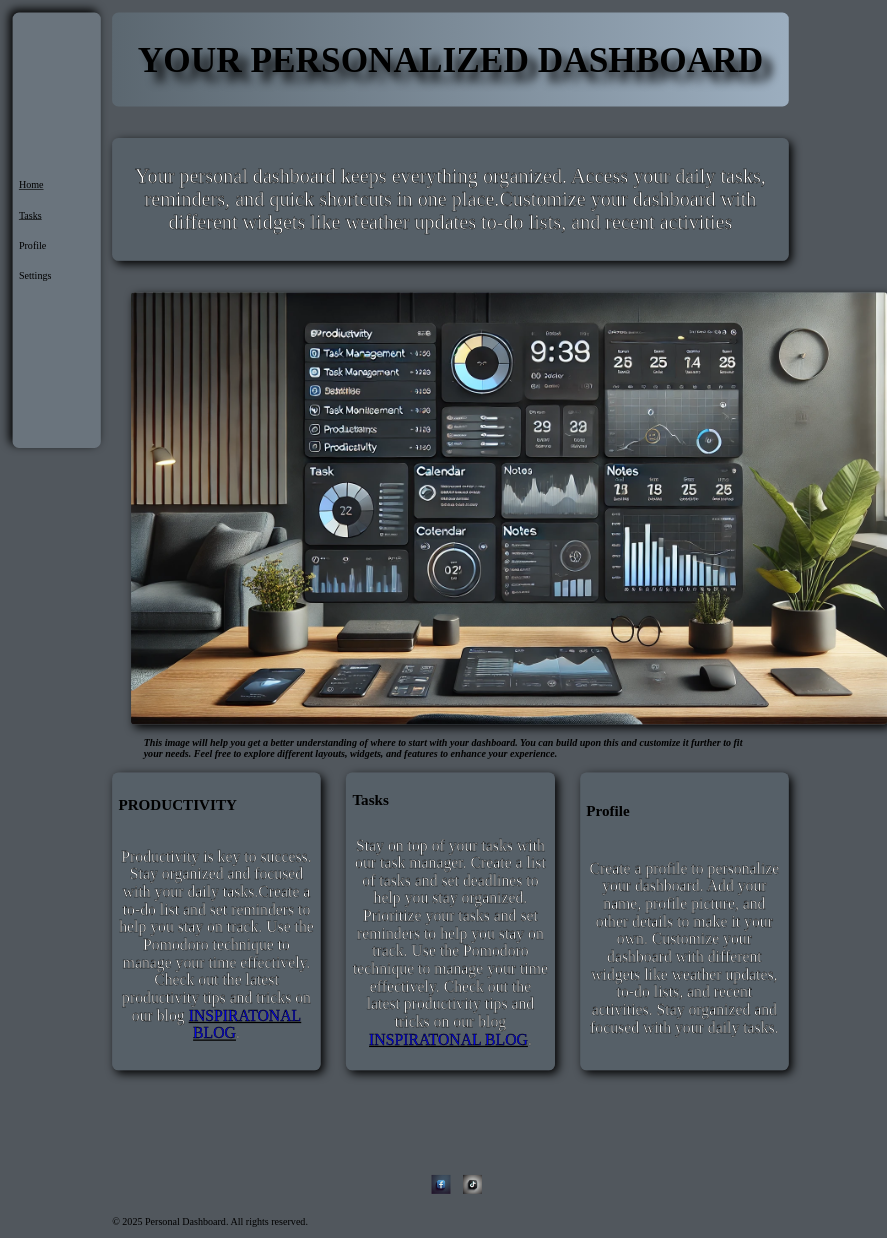
Repository: Parnicoza/testecomplete
Page: testcomplet-14.html
These files come from the project's save history. The page is drawn as it stood at one moment and after the next save; the edit follows.
The browser window is 1280 px wide. The page is 1408 px wide, so the pictures cover 1408 px, including what lies to the right of the window. The pictures show the whole page, at 63% of full size.

Above is the page before, as saved 2025-03-02 14:09:40.

After the next save:
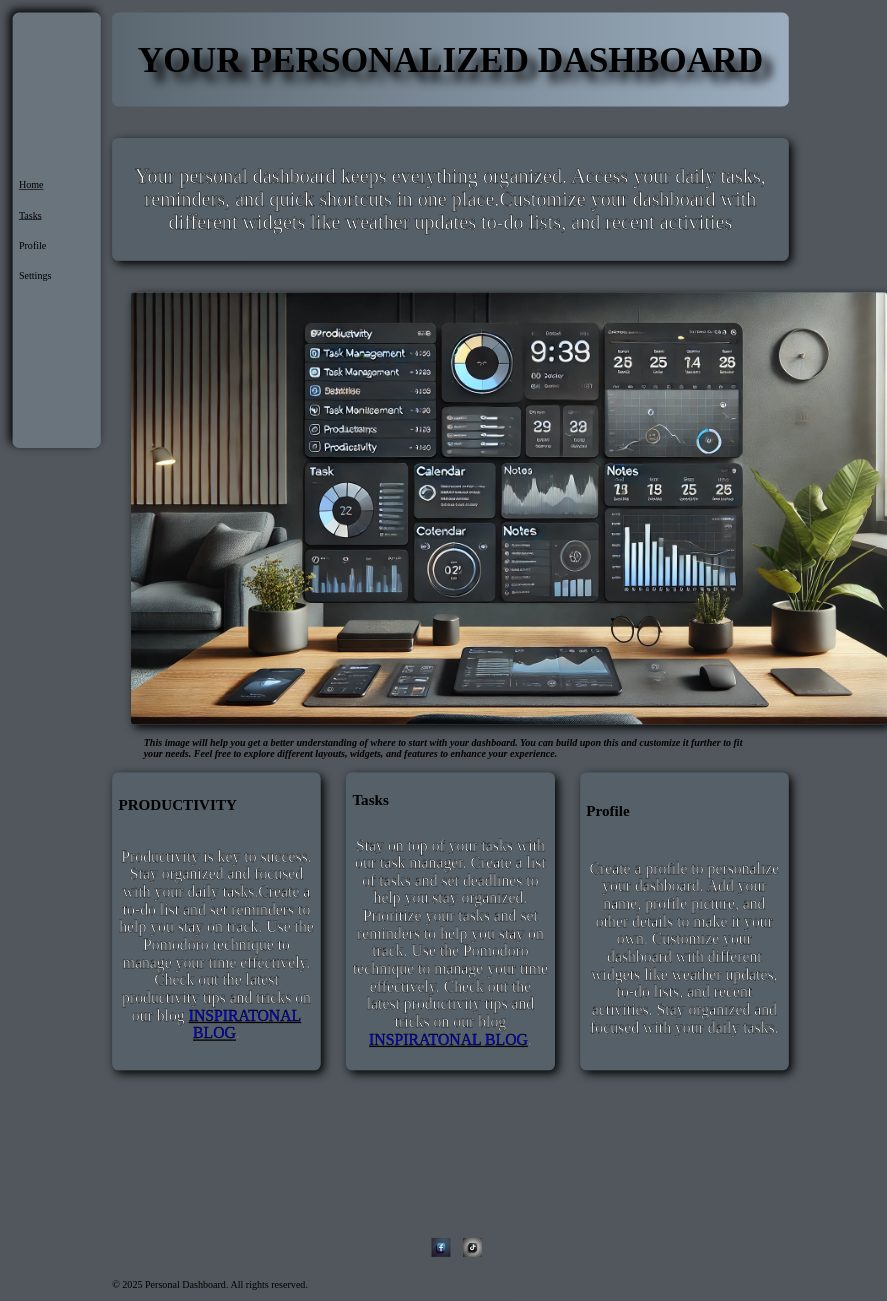
Saved 12 s later.
--- a/stilizaretestcomplet-14.css
+++ b/stilizaretestcomplet-14.css
@@ -178,7 +178,7 @@ body{
     flex-direction: row;
     justify-content: space-evenly;
     gap: 20px;
-    margin-top: 150px;
+    margin-top: 250px;
 }
 .ul{
     list-style-type: none;
